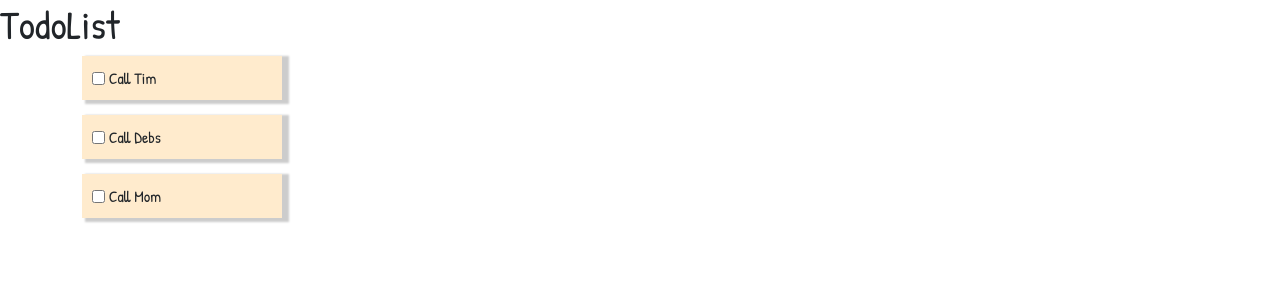
Repository: latenightsnacc/React-Projects
Page: / (app in todolist/)
The author's editor kept a copy of each file at every save. The page is drawn from the files as they stood at one save, then again after the next save.
The browser window is 1280 px wide. The pictures show the whole page.
The project was rebuilt for these pictures with package versions that can differ from the ones it lists, and the page was loaded fresh each time.

Above is the page before, as saved 2020-07-02 12:04:10.

### todolist/public/index.html
<!DOCTYPE html>
<html lang="en">
  <head>
    <meta charset="utf-8" />
    <link rel="icon" href="%PUBLIC_URL%/favicon.ico" />
    <meta name="viewport" content="width=device-width, initial-scale=1" />
    <meta name="theme-color" content="#000000" />
    <meta
      name="description"
      content="Web site created using create-react-app"
    />
    <link rel="apple-touch-icon" href="%PUBLIC_URL%/logo192.png" />
    <link rel="stylesheet" href="https://stackpath.bootstrapcdn.com/bootstrap/4.5.0/css/bootstrap.min.css" integrity="sha384-9aIt2nRpC12Uk9gS9baDl411NQApFmC26EwAOH8WgZl5MYYxFfc+NcPb1dKGj7Sk" crossorigin="anonymous">
    <link rel="manifest" href="%PUBLIC_URL%/manifest.json" />
    <link href="https://fonts.googleapis.com/css2?family=Patrick+Hand&display=swap" rel="stylesheet">
    <title>React App</title>
  </head>
  <body>
    <noscript>You need to enable JavaScript to run this app.</noscript>
    <div id="root"></div>
    <!--
      This HTML file is a template.
      If you open it directly in the browser, you will see an empty page.

      You can add webfonts, meta tags, or analytics to this file.
      The build step will place the bundled scripts into the <body> tag.

      To begin the development, run `npm start` or `yarn start`.
      To create a production bundle, use `npm run build` or `yarn build`.
    -->
  </body>
</html>

### todolist/src/App.js
import React, {Component} from 'react';
import TodoList from './components/TodoList';
import './styles/App.scss';

class App extends Component  {
  constructor(props){
    super(props);
    this.state = {
      todos: [
        {
          id: 1,
          title: 'Call Tim',
          completed: false
        },
        {
          id: 2,
          title: 'Call Debs',
          completed: false
        },
        {
          id: 3,
          title: 'Call Mom',
          completed: false
        }
      ]
    }

  }
  markComplete = (id) => {
    this.setState({
      todos: this.state.todos.map(task => {
        if(task.id === id){
          task.completed = !task.completed
        }
        return task;
      })
    })
}

  render() {
    return (
      <div className="App">
        <TodoList tasks= {this.state.todos} markComplete={this.markComplete} />
      </div>
    );
  }

}

export default App;

### todolist/src/components/TodoList.js
import React, { Component } from 'react';
import PropTypes from 'prop-types';
import TodoItem from './TodoItem';

class TodoList extends Component {
    render() {
        return (
            <>
                <h1>TodoList</h1>
                <div className="TodoList">
                    {
                        this.props.tasks.map(task => {
                            return <TodoItem key={task.id} task= {task} markComplete={this.props.markComplete} />
                        })
                    }
                </div>
            </>
        )
    }
}

// PropTypes
TodoList.propTypes = {
    tasks: PropTypes.array.isRequired
}
export default TodoList;

### todolist/src/styles/App.scss
@import "~bootstrap/scss/bootstrap";
@import url('https://fonts.googleapis.com/css2?family=Patrick+Hand&display=swap');

* {
    margin: 0;
    padding: 0;
    font-family: 'Patrick Hand', cursive;
}

### todolist/src/components/TodoItem.js
import React, { Component } from 'react';
import PropTypes from 'prop-types';

class TodoItem extends Component {
    getStyle = () => {
        return {
            background: '#ffebcd',
            width: '200px',
            padding: '10px',
            display: 'flex',
            alignItems: 'center',
            marginBottom: '15px',
            boxShadow: '5px 2px 2px 2px #cccccc',
            textDecoration: this.props.task.completed ?
            'line-through'
            :'none'
        }
    }

    render() {
        const { id, title } = this.props.task;
        return (
            <>
                <div className="container">
                    <div className="row flex-d wrap">
                        <div className="col">
                            <div style={this.getStyle()}>
                                <input type="checkbox" onChange={this.props.markComplete.bind(this, id)} /> &nbsp;
                                {title}
                            </div>
                        </div>
                    </div>

                </div>


            </>
        )
    }
}

// PropTypes
TodoItem.propTypes = {
    task: PropTypes.object.isRequired
}
export default TodoItem

Loaded but not shown: todolist/src/index.js (common file)

After the next save:
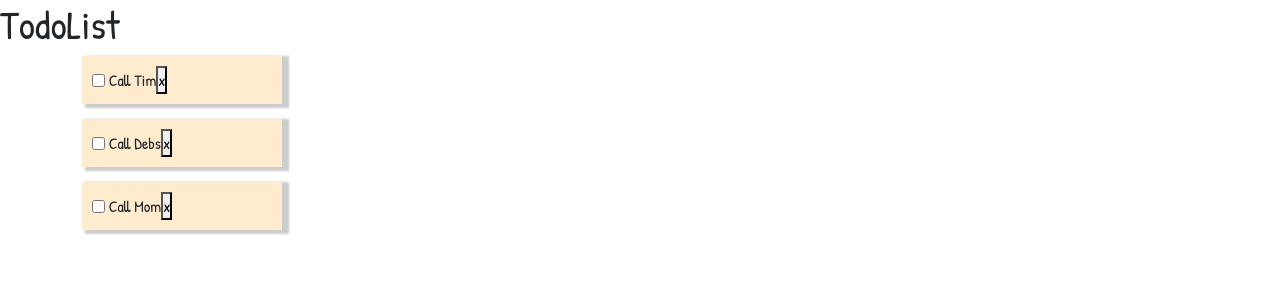
Saved 6 min 33 s later.
--- a/todolist/src/components/TodoItem.js
+++ b/todolist/src/components/TodoItem.js
@@ -27,6 +27,7 @@ class TodoItem extends Component {
                             <div style={this.getStyle()}>
                                 <input type="checkbox" onChange={this.props.markComplete.bind(this, id)} /> &nbsp;
                                 {title}
+                                <button style={btn}>x</button>
                             </div>
                         </div>
                     </div>
@@ -38,7 +39,9 @@ class TodoItem extends Component {
         )
     }
 }
+const btn = {
 
+}
 // PropTypes
 TodoItem.propTypes = {
     task: PropTypes.object.isRequired
